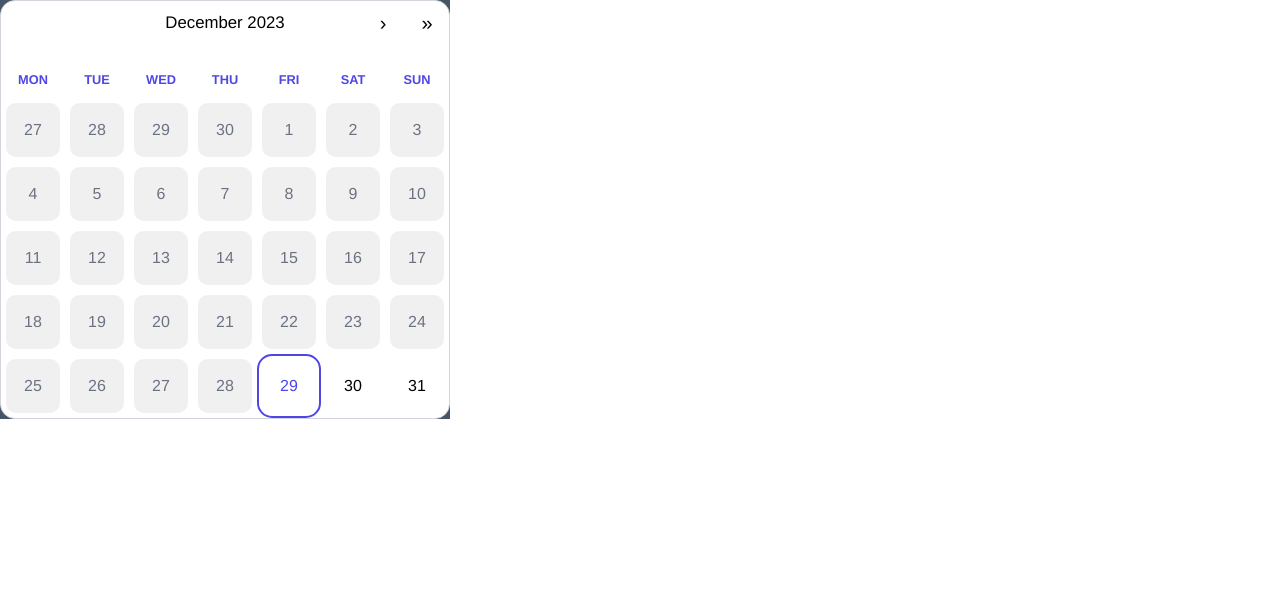
Repository: ImedBousakhria/appointment_system_prototype
Page: /
An editor plug-in stored every save of this project. The page is shown before and after the next save, followed by the edit.
The browser window is 1280 px wide. The pictures show the whole page.
The project was rebuilt for these pictures with package versions that can differ from the ones it lists, and the page was loaded fresh each time. Also part of the build but not shown: vite.config.js.

Above is the page before, as saved 2023-12-30 16:39:00.

### src/main.jsx
import React from 'react'
import ReactDOM from 'react-dom/client'
import './index.css'
import Calendar from './Calendar'
import "./Calendar.css";


ReactDOM.createRoot(document.getElementById('root')).render(
  <React.StrictMode>
    <Calendar />
  </React.StrictMode>,
)

### src/index.css
/* styles.css */

@import 'tailwindcss/base';
@import 'tailwindcss/components';
@import 'tailwindcss/utilities';

/* Your custom styles go here */

### src/Calendar.jsx
import React, { useState } from "react";
import reactLogo from "./assets/react.svg";
import viteLogo from "/vite.svg";
import { InlineWidget } from "react-calendly";
import ReactCalendar from "react-calendar";
import { add, format } from "date-fns";
import {
  OPENING_TIME_MORNING,
  CLOSING_TIME_MORNING,
  OPENING_TIME_AFTERNOON,
  CLOSING_TIME_AFTERNOON,
  INTERVAL,
} from "./consts/config";


export const Calendar = () => {
  const [date, setDate] = useState({ justDate: undefined, dateTime: undefined });

  const getTimes = (openingTime, closingTime) => {
    if (!date.justDate) return [];
    const { justDate } = date;
    const beginning = add(justDate, { hours: openingTime });
    const end = add(justDate, { hours: closingTime });
    const interval = INTERVAL;

    const times = [];
    for (let i = beginning; i <= end; i = add(i, { minutes: interval })) {
      times.push(new Date(i));
    }

    return times;
  };

  const morningTimes = getTimes(OPENING_TIME_MORNING, CLOSING_TIME_MORNING);
  const afternoonTimes = getTimes(
    OPENING_TIME_AFTERNOON,
    CLOSING_TIME_AFTERNOON
  );

  // Concatenate morningTimes and afternoonTimes into a single array
  const allTimes = [...morningTimes, ...afternoonTimes];
  return (
    <div className=" bg-slate-600 flex gap-6 items-center h-max w-max justify-center">
      <ReactCalendar
        minDate={new Date()}
        className="REACT-CALENDAR"
        view="month"
        onClickDay={(date) => setDate((prev) => ({ ...prev, justDate: date }))}
      />
      {date.justDate ? (
        <div className=" flex flex-col gap-3">
          {allTimes?.map((time, i) => (
            <div
              key={`time-${i}`}
              className=" bg-white py-2 px-3 cursor-pointer rounded-md font-semibold hover:bg-gray-300"
            >
              {console.log(time)}
              {format(time, "kk:mm")}
            </div>
          ))}
        </div>
      ) : null}
    </div>
  );
}

export default Calendar;

### src/Calendar.css
.react-calendar {
    width: 450px;
    max-width: 100%;
    background: white;
    border-radius: 15px;
    border: 1px solid rgb(209 213 219);
    font-family: Manrope, Helvetica, sans-serif;
    line-height: 1.125em;
  }
  .react-calendar--doubleView {
    width: 700px;
  }
  .react-calendar--doubleView .react-calendar__viewContainer {
    display: flex;
    margin: -0.5em;
  }
  .react-calendar--doubleView .react-calendar__viewContainer > * {
    width: 50%;
    margin: 0.5em;
  }
  .react-calendar,
  .react-calendar *,
  .react-calendar *:before,
  .react-calendar *:after {
    -moz-box-sizing: border-box;
    -webkit-box-sizing: border-box;
    box-sizing: border-box;
  }

  /* Custom Navigation Styles */
  @media screen and (max-width: 500px) {
    .react-calendar__navigation__prev2-button,
    .react-calendar__navigation__prev-button {
      display: none;
    }
    .react-calendar__navigation__label {
      padding-left: 1rem;
      text-align: left;
    }
  }

  .react-calendar button {
    margin: 0;
    border: 0;
    outline: none;
  }
  .react-calendar button:enabled:hover {
    cursor: pointer;
  }
  .react-calendar__navigation {
    display: flex;
    height: 44px;
    margin-bottom: 1em;
  }
  .react-calendar__navigation button {
    min-width: 44px;
    background: none;
  }
  .react-calendar__navigation button:disabled {
    visibility: hidden;
    background-color: #f0f0f0;
  }
  .react-calendar__navigation button:enabled:hover,
  .react-calendar__navigation button:enabled:focus {
    background-color: #e6e6e6;
  }
  .react-calendar__month-view__weekdays {
    color: #4f46e5;
    text-align: center;
    text-transform: uppercase;
    font-weight: 700;
    font-size: 0.8em;
  }
  /* Each day should be round when hovered */
  .react-calendar__month-view__days__day {
    padding: 5px;
    background-clip: content-box !important;
    border-radius: 15px !important;
  }

  .react-calendar__navigation__label__labelText {
    font-weight: 500;
    font-size: 1.05em;
  }
  .react-calendar__navigation__label {
    pointer-events: none;
  }

  .react-calendar__navigation__arrow {
    background-color: #fff;
    padding: 7px;
    background-clip: content-box !important;
    border-radius: 50px;
    font-size: 1.25em;
  }
  .react-calendar__navigation__arrow:hover {
    background-color: rgb(107 114 128);
  }

  /* If you do not wish to show weekends */

  /*
  .react-calendar__month-view__days > .react-calendar__tile,
  .react-calendar__month-view__weekdays__weekday {
    flex-basis: 20% !important;
    max-width: 20% !important;
  }

  .react-calendar__month-view__weekdays__weekday:nth-child(6),
  .react-calendar__month-view__weekdays__weekday:nth-child(7) {
    display: none !important;
  }

  .react-calendar__month-view__days__day--weekend {
    display: none !important;
  }
  */

  .react-calendar__month-view__weekdays__weekday {
    padding: 0.75em;
  }
  .react-calendar__month-view__weekdays__weekday abbr {
    text-decoration: none;
  }
  .react-calendar__month-view__weekNumbers .react-calendar__tile {
    display: flex;
    align-items: center;
    justify-content: center;
    font-size: 0.75em;
    font-weight: bold;
  }
  .react-calendar__month-view__days__day--neighboringMonth {
    color: #b3b3b3;
  }
  .react-calendar__year-view .react-calendar__tile,
  .react-calendar__decade-view .react-calendar__tile,
  .react-calendar__century-view .react-calendar__tile {
    padding: 2em 0.5em;
  }
  .react-calendar__tile {
    aspect-ratio: 1/1;
    max-width: 100%;
    background: none;
    text-align: center;
  }
  .react-calendar__tile:disabled {
    background-color: #f0f0f0;
    color: rgb(107 114 128);
  }
  .react-calendar__tile:enabled:hover,
  .react-calendar__tile:enabled:focus {
    background-color: rgb(238 242 255);
  }
  .react-calendar__tile--now {
    border-radius: 15px;
    border: 2px solid #4f46e5 !important;
    color: #4f46e5;
  }
  .react-calendar__tile--now:enabled:hover,
  .react-calendar__tile--now:enabled:focus {
    background-color: rgb(238 242 255);
  }
  .react-calendar__tile--hasActive {
    background: #76baff;
  }
  .react-calendar__tile--hasActive:enabled:hover,
  .react-calendar__tile--hasActive:enabled:focus {
    background: #a9d4ff;
  }
  .react-calendar__tile--active:enabled:hover,
  .react-calendar__tile--active:enabled:focus {
    background: #4f46e5;
    color: white;
  }
  .react-calendar--selectRange .react-calendar__tile--hover {
    background-color: rgb(238 242 255);
  }

### src/consts/config.js
export const OPENING_TIME_MORNING = 9 // in hours
export const CLOSING_TIME_MORNING = 12 // in hours
export const OPENING_TIME_AFTERNOON = 13 // in hours
export const CLOSING_TIME_AFTERNOON = 16 // in hours
export const INTERVAL = 30 // every 30 minutes

### tailwind.config.js
/** @type {import('tailwindcss').Config} */
module.exports = {
  content: ["./src/**/*.{js,jsx,ts,tsx}"],
  theme: {
    extend: {
      colors: {

      },
    },
  },
  plugins: [],
};

Loaded but not shown: index.html (common file)

After the next save:
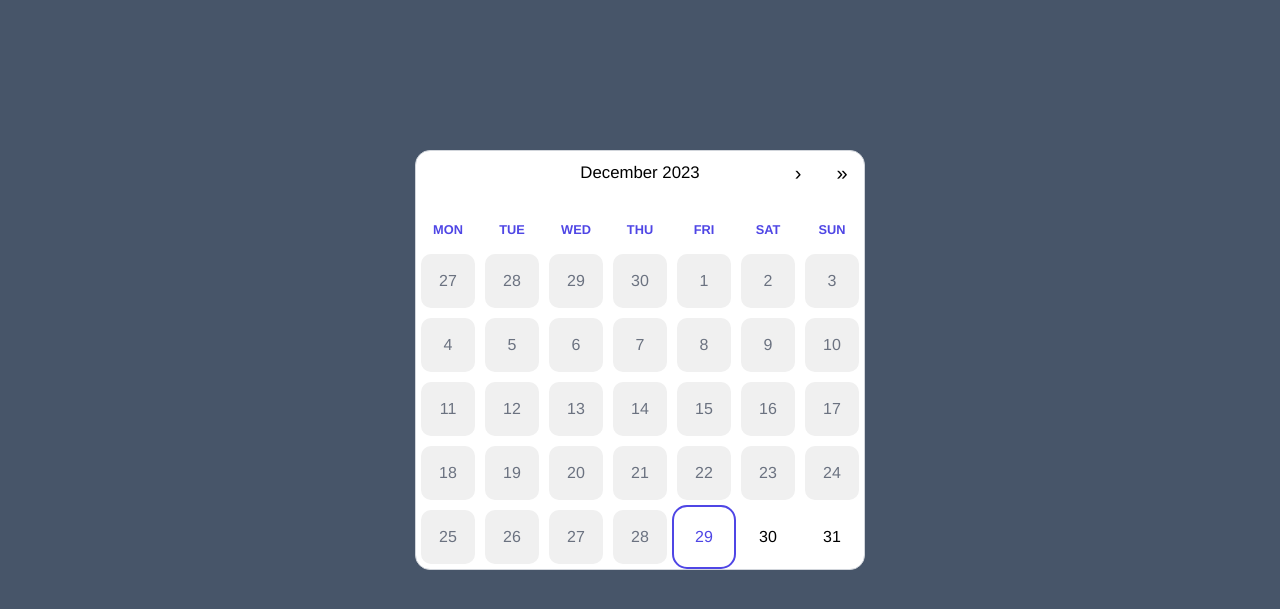
Saved 9 s later.
--- a/src/Calendar.jsx
+++ b/src/Calendar.jsx
@@ -40,7 +40,7 @@ export const Calendar = () => {
   // Concatenate morningTimes and afternoonTimes into a single array
   const allTimes = [...morningTimes, ...afternoonTimes];
   return (
-    <div className=" bg-slate-600 flex gap-6 items-center h-max w-max justify-center">
+    <div className=" bg-slate-600 flex gap-6 items-center h-screen justify-center">
       <ReactCalendar
         minDate={new Date()}
         className="REACT-CALENDAR"
